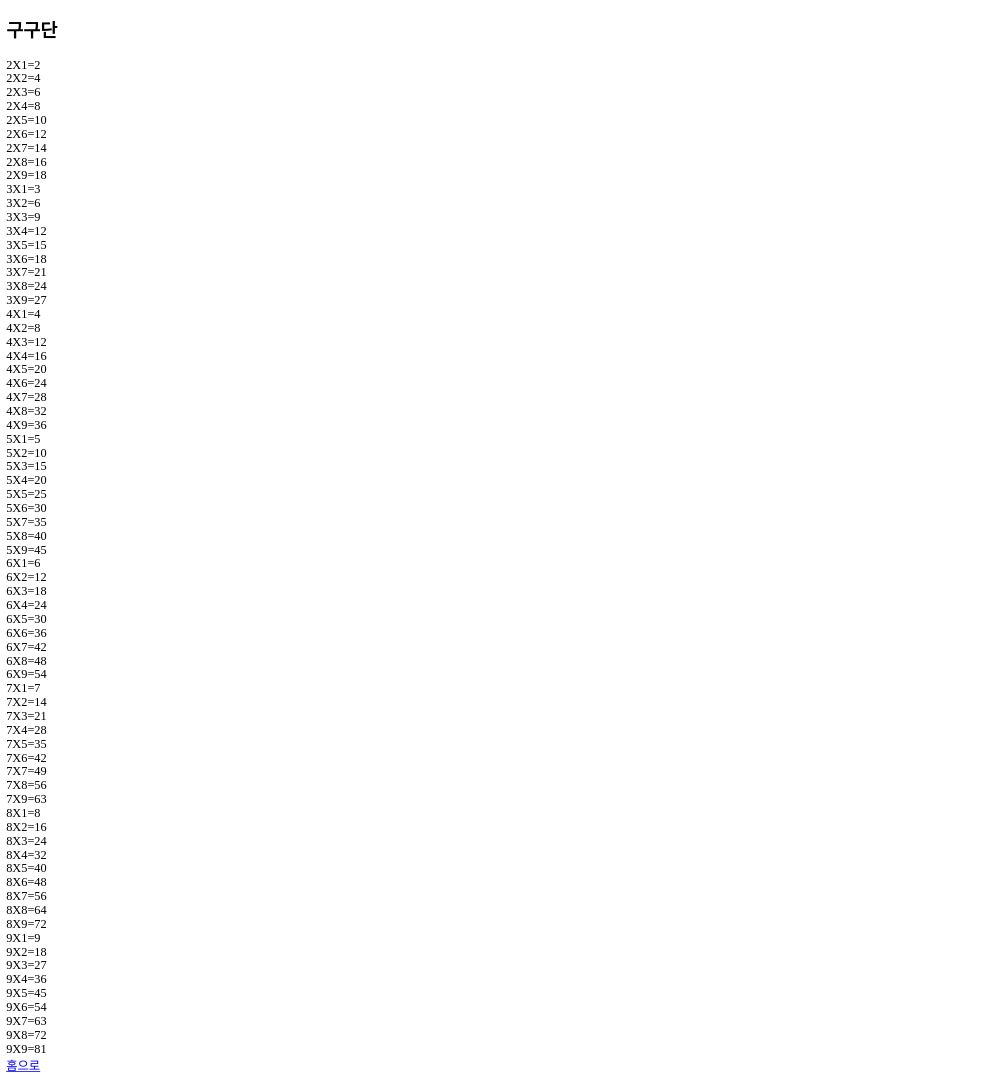
Repository: inji0212/back
Page: http://localhost/Backend_02_JSP/03_gugu.jsp
These files come from the project's save history. The page is drawn as it stood at one moment and after the next save; the edit follows.
The browser window is 1280 px wide. The pictures show the whole page, at 77% of full size.
The page is served by Tomcat 9.

Above is the page before, as saved 2026-10-07 05:50:59.

After the next save:
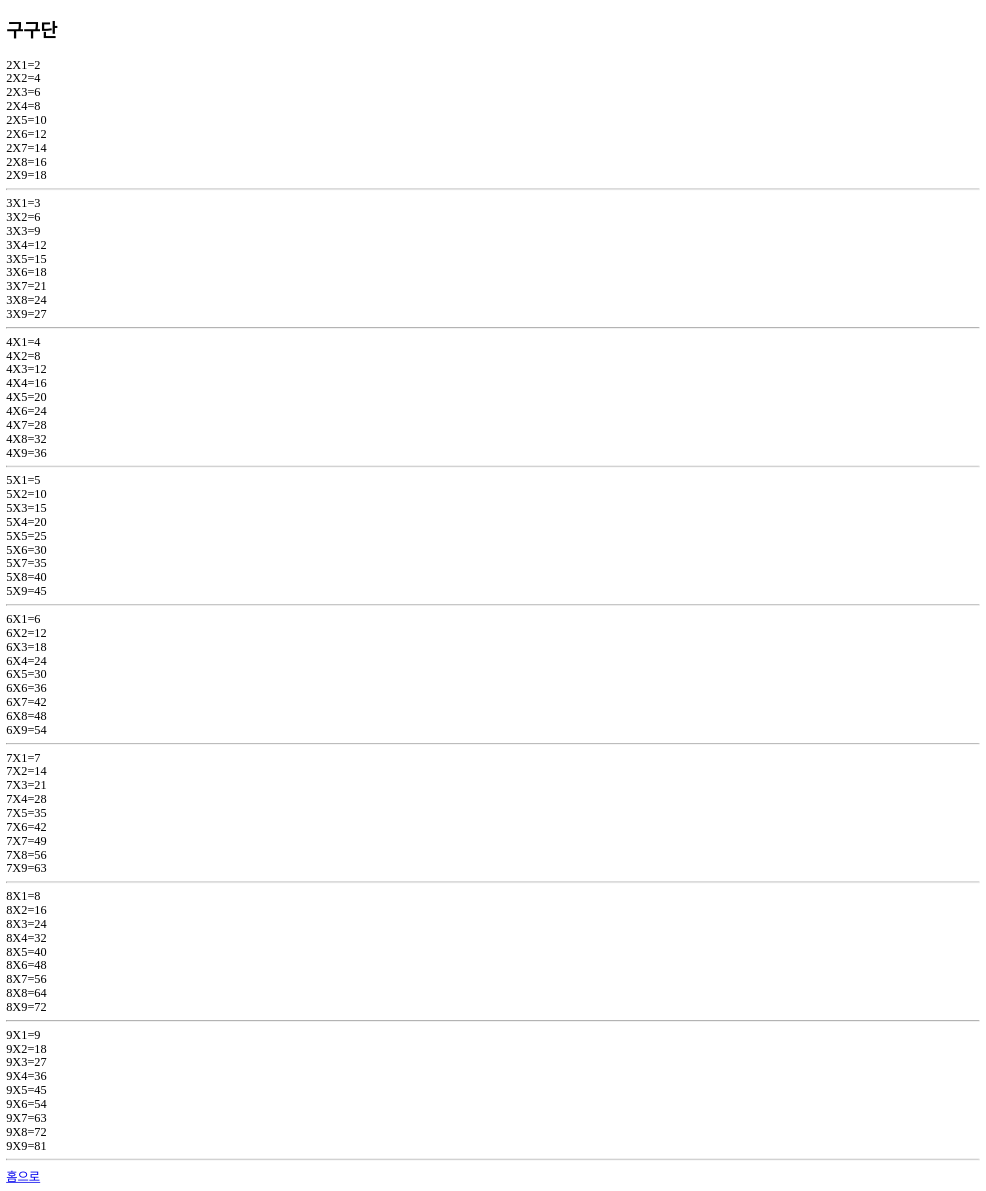
Saved 23 s later.
--- a/Backend_02_JSP/src/main/webapp/03_gugu.jsp
+++ b/Backend_02_JSP/src/main/webapp/03_gugu.jsp
@@ -24,6 +24,7 @@
 		for (int j = 1; j < 10; j++) {
 			out.print(i + "X" + j + "=" + (i * j) + "<br>");
 		}
+	out.print("<hr>");
 	}
 	%>
 
